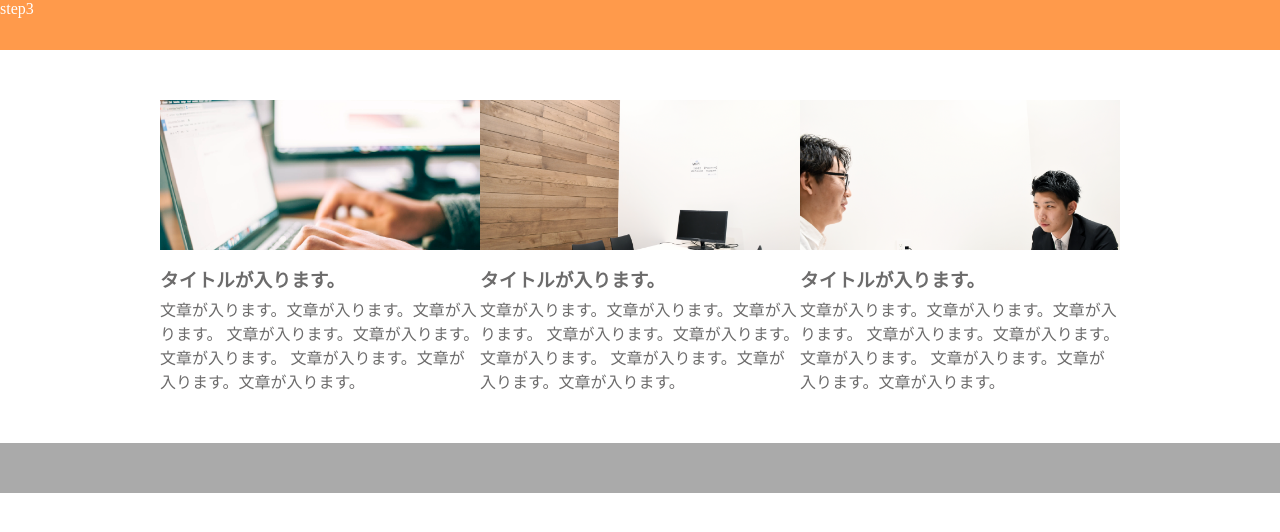
Repository: momopomi/htmlcss
Page: exercise/1-9-2.html
The author's editor kept a record of every edit. The page is drawn from the files as they stood at one moment, then again after the next edit.
The browser window is 1280 px wide. The pictures show the whole page.
Some web libraries are served in a nearby version.

Above is the page before.

After the next edit:
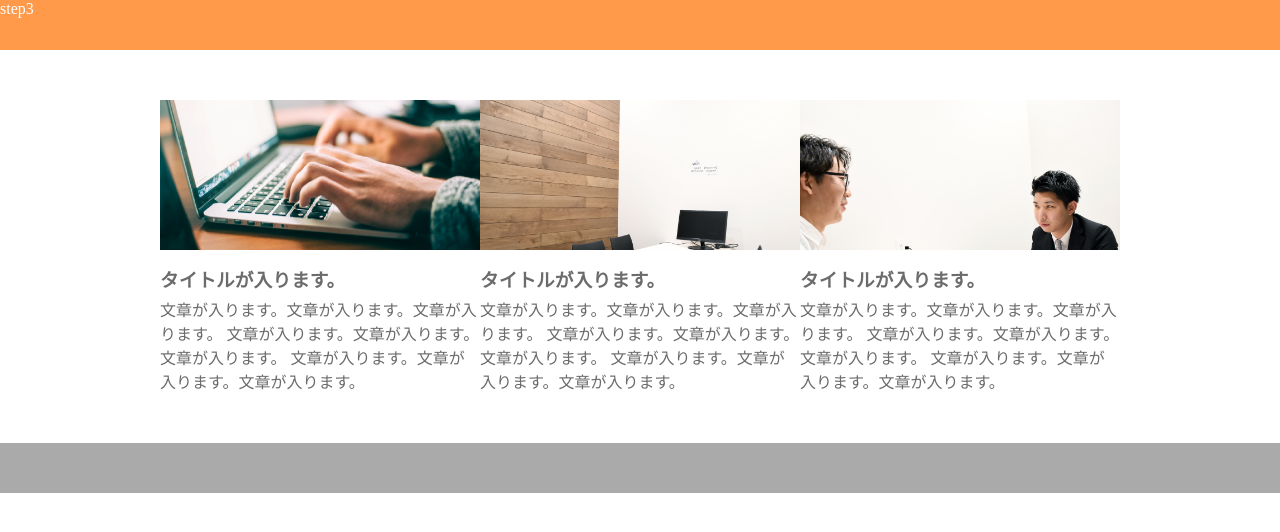
The edit:
--- a/exercise/1-9-2.css
+++ b/exercise/1-9-2.css
@@ -27,6 +27,7 @@
 
 .background1{
   background-image: url(img/flow01.png);
+  background-position: bottom;
   background-size: cover;
   height: 150px;
 }
